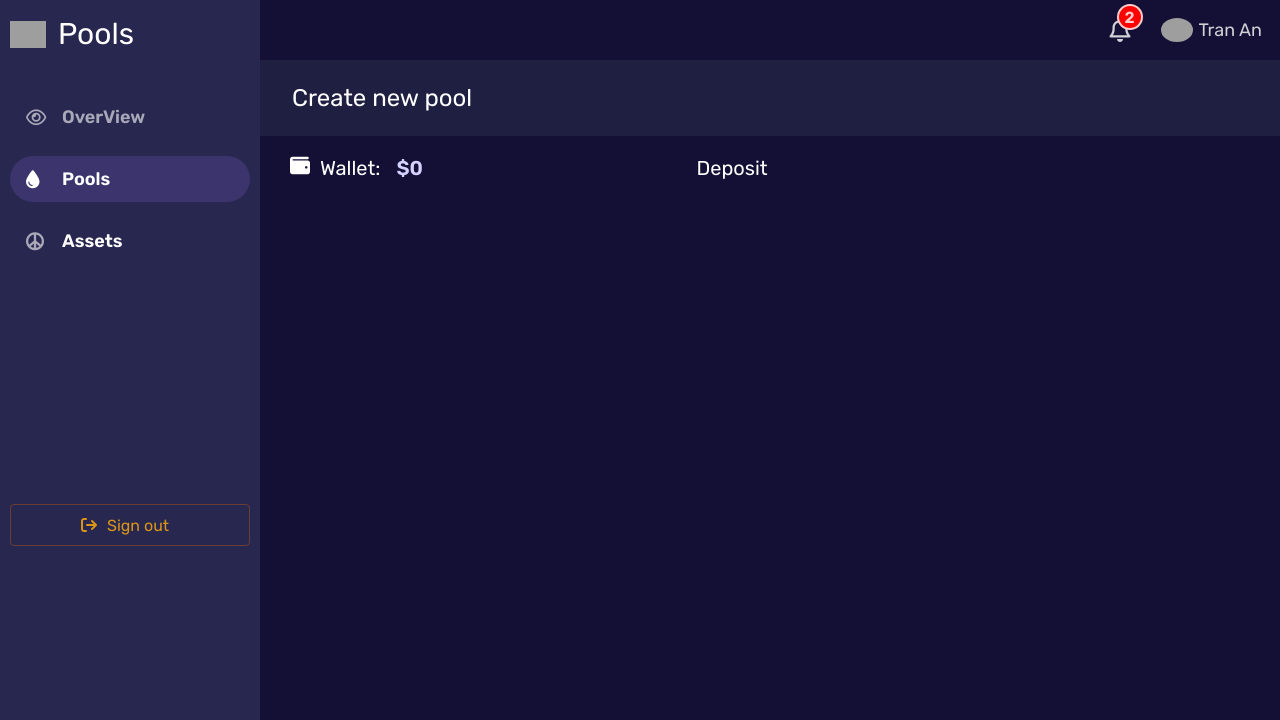
Repository: quynh232000/pools
Page: pool/create-pool.html
The author's editor kept a copy of each file at every save. The page is drawn from the files as they stood at one save, then again after the next save.
The browser window is 1280 px wide. The pictures show the whole page.
Pictures or frames that could not be fetched are drawn as grey boxes.

Above is the page before, as saved 2023-07-14 00:19:48.

After the next save:
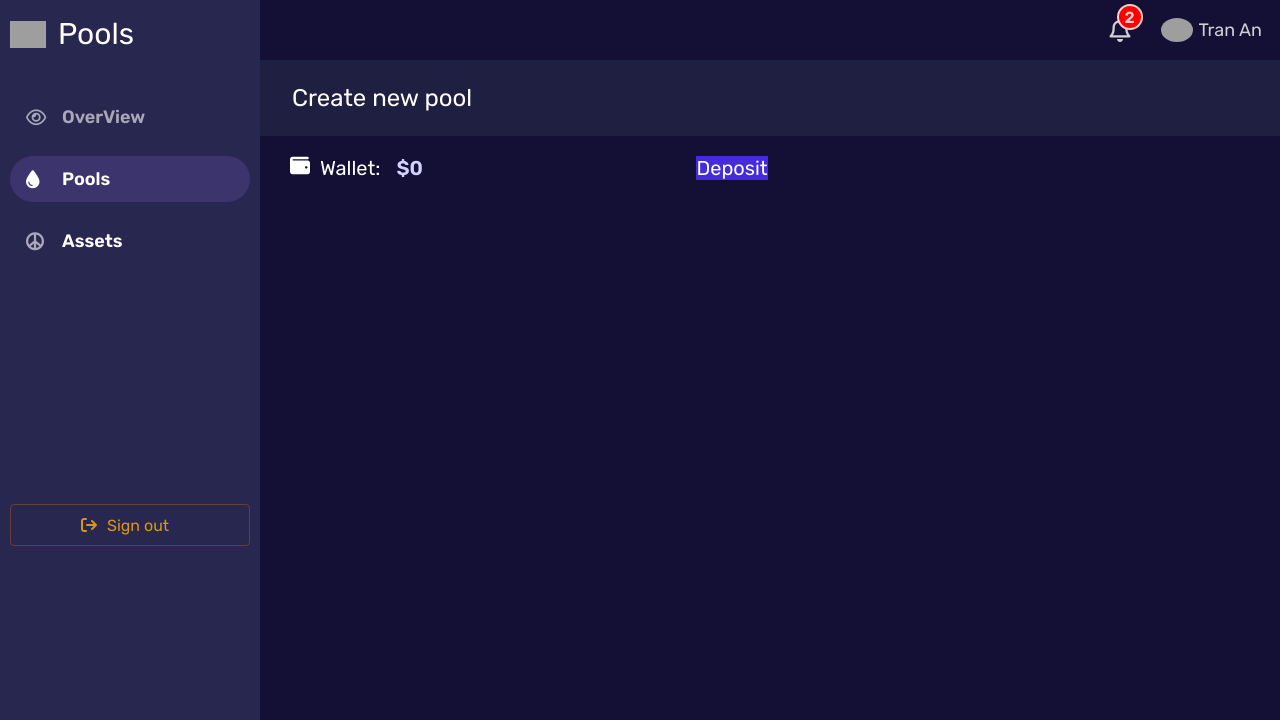
Saved 75 s later.
--- a/src/css/create-pool.css
+++ b/src/css/create-pool.css
@@ -17,4 +17,6 @@
     min-width: 300px;
     font-weight: 600;
 }
-.create-btn{}
+.create-btn{
+    background-color: rgb(70, 42, 223);
+}
